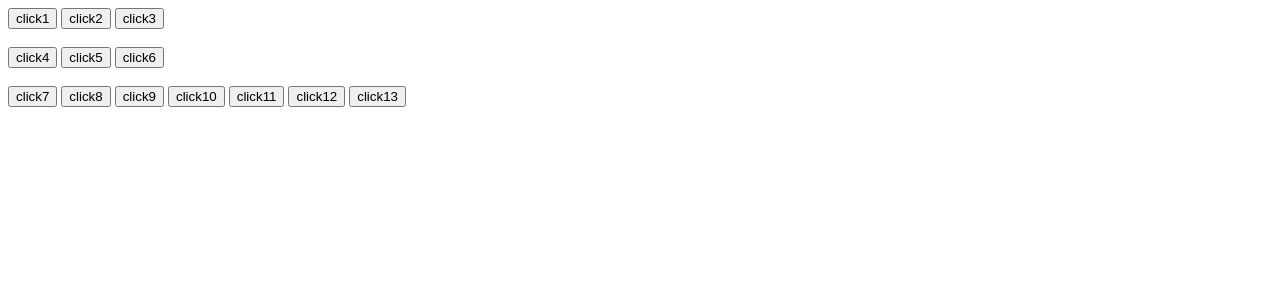
Repository: yhj4130/JsonStudy
Page: JsonApp01/WebContent/JsonTest10.html
These files come from the project's save history. The page is drawn as it stood at one moment and after the next save; the edit follows.
The browser window is 1280 px wide. The pictures show the whole page.

Above is the page before, as saved 2019-05-31 07:02:19.

### JsonApp01/WebContent/JsonTest10.html
<script type="text/javascript">

	var obj6 =
	[
		"test"
	]

	var obj6_1 =
	[
		"test1", "test2"
	]

	var obj6_2 =
	[
		"test1", "test2", 123, 123+1
	]

</script>

<form>
	<input type="button" value="click1" onclick="alert(obj6)">
	<!-- test -->
	<input type="button" value="click2" onclick="alert(obj6_1)">
	<!-- test1, test2 -->
	<input type="button" value="click3" onclick="alert(obj6_2)">
	<!-- test1, test2, 123, 124 -->

	<br><br>

	<input type="button" value="click4" onclick="alert(typeof obj6)">
	<!-- object -->
	<input type="button" value="click5" onclick="alert(typeof obj6_1)">
	<!-- object -->
	<input type="button" value="click6" onclick="alert(typeof obj6_2)">
	<!-- object -->

	<br><br>

	<input type="button" value="click7" onclick="alert(obj6[0])">
	<!-- test -->
	<input type="button" value="click8" onclick="alert(typeof obj6[0])">
	<!-- string -->

	<input type="button" value="click9" onclick="alert(obj6[1])">
	<!-- undefined -->

	<input type="button" value="click10" onclick="alert(obj6_1[0])">
	<!-- test1 -->
	<input type="button" value="click11" onclick="alert(obj6_1[1])">
	<!-- test2 -->
	<input type="button" value="click12" onclick="alert(typeof obj6_1[0])">
	<!-- string -->
	<input type="button" value="click13" onclick="alert(typeof obj6_1[1])">
	<!-- string -->

</form>

After the next save:
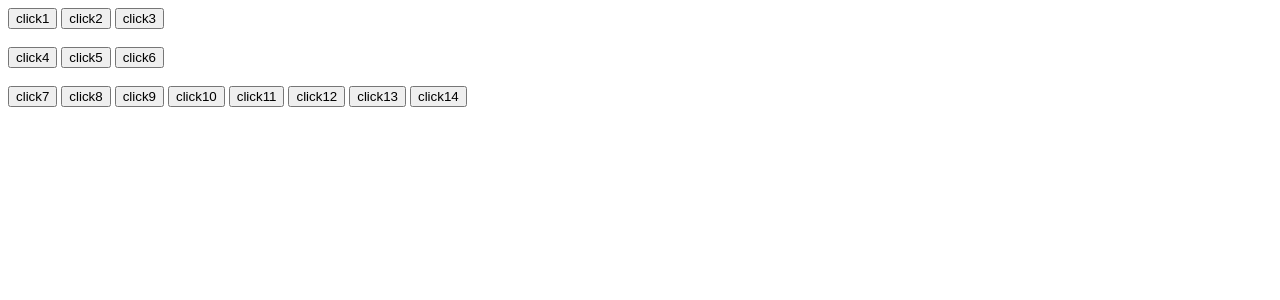
Saved 12 s later.
--- a/JsonApp01/WebContent/JsonTest10.html
+++ b/JsonApp01/WebContent/JsonTest10.html
@@ -52,5 +52,6 @@
 	<!-- string -->
 	<input type="button" value="click13" onclick="alert(typeof obj6_1[1])">
 	<!-- string -->
+	<input type="button" value="click14" onclick="alert(typeof obj6_1[1])">
 
 </form>
